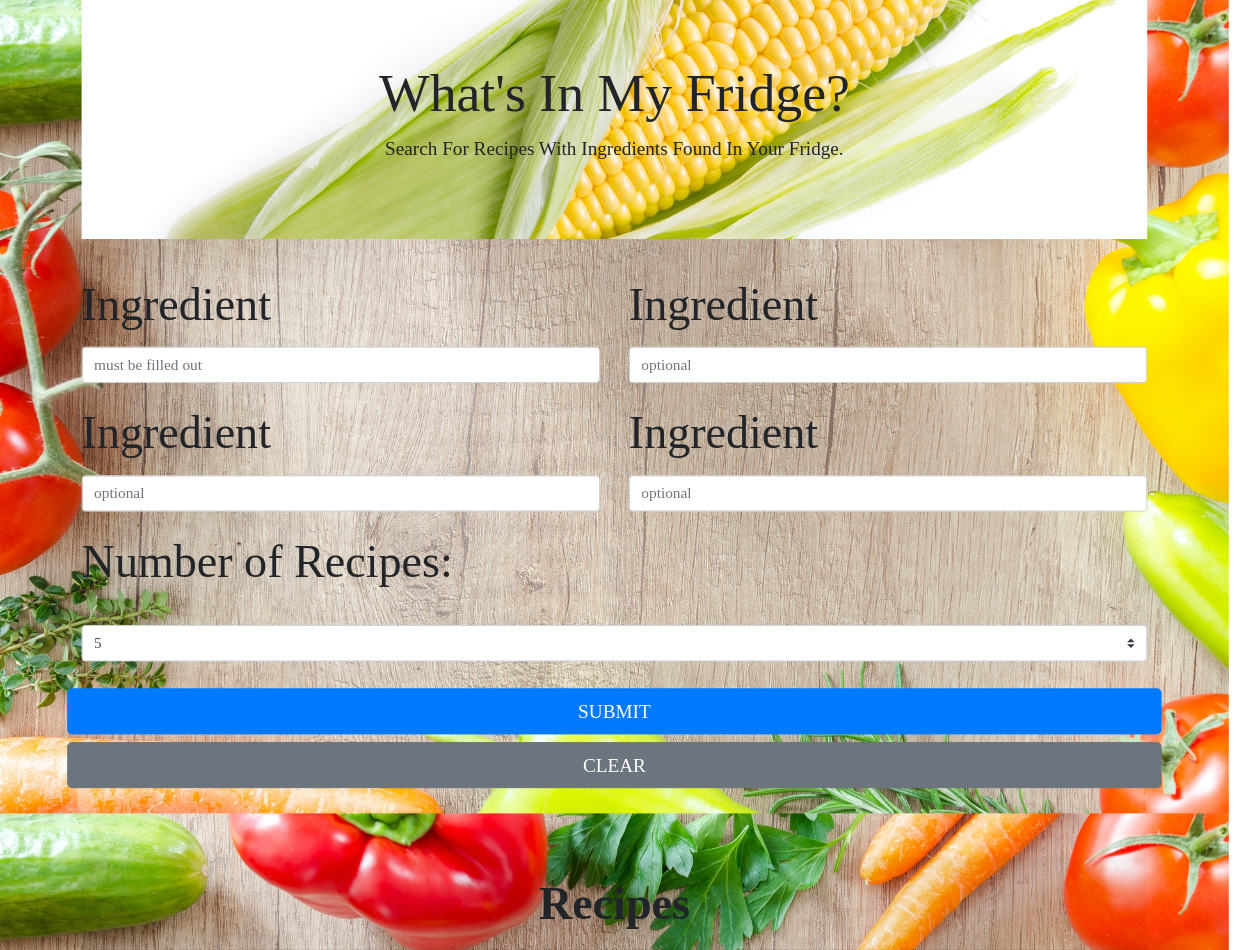
Repository: ogipajic/Recipe_API
Page: index.html
These files come from the project's save history. The page is drawn as it stood at one moment and after the next save; the edit follows.
The browser window is 1280 px wide. The page is 1280 px wide, then 1295 px, so the pictures cover 1295 px, including what lies to the right of the window. The pictures show the whole page, at 96% of full size.
Backgrounds fixed to the window are drawn as part of the page. Some web fonts or font styles are not loaded; a fallback is used.

Above is the page before, as saved 2020-07-07 17:52:54.
Console error: SyntaxError: Unexpected end of input

### index.html
<!DOCTYPE html>
<html lang="en">
<head>
    <meta charset="UTF-8">
    <meta name="viewport" content="width=device-width, initial-scale=1.0">
    <script
  src="https://code.jquery.com/jquery-3.5.1.min.js"
  integrity="sha256-9/aliU8dGd2tb6OSsuzixeV4y/faTqgFtohetphbbj0="
  crossorigin="anonymous"></script>

  <link rel="stylesheet" href="https://stackpath.bootstrapcdn.com/bootstrap/4.5.0/css/bootstrap.min.css" integrity="sha384-9aIt2nRpC12Uk9gS9baDl411NQApFmC26EwAOH8WgZl5MYYxFfc+NcPb1dKGj7Sk" crossorigin="anonymous">
  <link rel="stylesheet" href="stylesheet.css">
  <link href="https://fonts.googleapis.com/css2?family=Annie+Use+Your+Telescope&family=Lemon&display=swap" rel="stylesheet">

  <title>What's In My Fridge?</title>

  <!-- Fixes issue of text extending past card length-->

  <style>
      .card-body a {
          word-break: break-all;
      }

      .recipeHeadLine {
          line-height: 1.5;
      }
  </style>
</head>
<body>
    <div class="container">
        <div class="jumbotron jumbotron-fluid">
            <div class="img"></div>
            <div class="container">
              <h1 class="display-4">What's In My Fridge?</h1>
              <p class="lead">Search For Recipes With Ingredients Found In Your Fridge.</p>
            </div>
          </div>

     <form>
          <div class="row">
              <div class="col-sm-6">
        <div class="form-group">
          <label for="exampleFormControlInput1">Ingredient</label>
          <input type="email" class="form-control" id="exampleFormControlInput1" placeholder="must be filled out">
        </div>
              </div>
              <div class="col-sm-6">
        <div class="form-group">
            <label for="exampleFormControlInput1">Ingredient</label>
            <input type="email" class="form-control" id="exampleFormControlInput1" placeholder="optional">
          </div>
          </div>
        </div>
        <div class="row">
            <div class="col-sm-6">
          <div class="form-group">
            <label for="exampleFormControlInput1">Ingredient</label>
            <input type="email" class="form-control" id="exampleFormControlInput1" placeholder="optional">
          </div>
        </div>
        <div class="col-sm-6">
          <div class="form-group">
            <label for="exampleFormControlInput1">Ingredient</label>
            <input type="email" class="form-control" id="exampleFormControlInput1" placeholder="optional">
          </div>
          </div>
          </div>
        </div>
      </form>


    <div class="container">
        <div class="form-group">
            <label for="pwd">Number of Recipes:</label>
            <select id="article-count" class="custom-select" aria-labelledby="dropdownMenuButton">
              <option selected value="1">1</option>
              <!-- Setting the option for 5 as default -->
              <option value="5" selected>5</option>
              <option value="10">10</option>
            </select>
          </div>

        <div class="row">
            <!--Using type="submit" allows the user to hit enter as well as click submit-->
            <button type="submit" class="btn btn-primary btn-lg btn-block">SUBMIT</button>
            <button type="button" class="btn btn-secondary btn-lg btn-block">CLEAR</button>
            </div>
        </div>
    </div>

<div class="container">
    <div class="row">
        <div class="col-sm-12">
          <br>
            <div class="card-header">
              <strong>
                <i class="fa fa-table"></i>Recipes</strong>
            </div>
        </div>

 <script src="script.js"></script>
 <script src="https://code.jquery.com/jquery-3.5.1.slim.min.js" integrity="sha384-DfXdz2htPH0lsSSs5nCTpuj/zy4C+OGpamoFVy38MVBnE+IbbVYUew+OrCXaRkfj" crossorigin="anonymous"></script>
 <script src="https://cdn.jsdelivr.net/npm/popper.js@1.16.0/dist/umd/popper.min.js" integrity="sha384-Q6E9RHvbIyZFJoft+2mJbHaEWldlvI9IOYy5n3zV9zzTtmI3UksdQRVvoxMfooAo" crossorigin="anonymous"></script>
 <script src="https://stackpath.bootstrapcdn.com/bootstrap/4.5.0/js/bootstrap.min.js" integrity="sha384-OgVRvuATP1z7JjHLkuOU7Xw704+h835Lr+6QL9UvYjZE3Ipu6Tp75j7Bh/kR0JKI" crossorigin="anonymous"></script>
</body>
</html>

### stylesheet.css
/* Body font style and font size */
body {
    font-size: 3rem;
    font-family: 'Annie Use Your Telescope', cursive;
    background-image: url(Assets/carrots-food-fresh-freshness-616404.jpg);
    background-position: center center;
    background-repeat: no-repeat;
    background-attachment: fixed;
    background-size: cover;
}

/* Font and image within jumbotron */
.jumbotron {
    text-align: center;
    font-family: 'Annie Use Your Telescope', cursive;
    background: url(Assets/agriculture-bright-cereal-close-up-547263.jpg);
    background-position: center center;
    background-size: cover;
}

/* Search Results Text */
.panel-heading {
    margin-top: 2rem;
    text-align: center;
}

/* Results Area -XXXX */
.panel-body {
    text-align: center;
}

.card-header {
    text-align: center;
}

.label {
    text-align: center;
}

  @media screen and (max-width: 768px) {
    .jumbotron {
      padding-top:20px;
      padding-bottom:20px;
    }
  }

### script.js
$(document).ready (function() {
});

$('button').on('click', function () {
    var ingredient = $(this).attr("ingredient");
    var queryURL = "https://tasty.p.rapidapi.com/recipes/detail/search?q=" +
        ingredient + "&api_key=ac032b7765msh7b7ea8d251892bbp18630ejsnfccfef5696ae";
$.ajax({
    url: queryURL,
    method: "GET"
}).then(function (response) {

})

// javascript/jQuery snippet of the code below
var settings = {
	"async": true,
	"crossDomain": true,
	"url": "https://tasty.p.rapidapi.com/recipes/detail?id=5586",
	"method": "GET",
	"headers": {
		"x-rapidapi-host": "tasty.p.rapidapi.com",
		"x-rapidapi-key": "ac032b7765msh7b7ea8d251892bbp18630ejsnfccfef5696ae"
	}
}

$.ajax(settings).done(function (response) {
	console.log(response);
});


 // node.js code snippet
    var unirest = require("unirest");

var req = unirest("GET", "https://tasty.p.rapidapi.com/recipes/detail");

req.query({
	"id": "5586"
});

req.headers({
	"x-rapidapi-host": "tasty.p.rapidapi.com",
	"x-rapidapi-key": "ac032b7765msh7b7ea8d251892bbp18630ejsnfccfef5696ae",
	"useQueryString": true
});


req.end(function (res) {
	if (res.error) throw new Error(res.error);

	console.log(res.body);
});

After the next save:
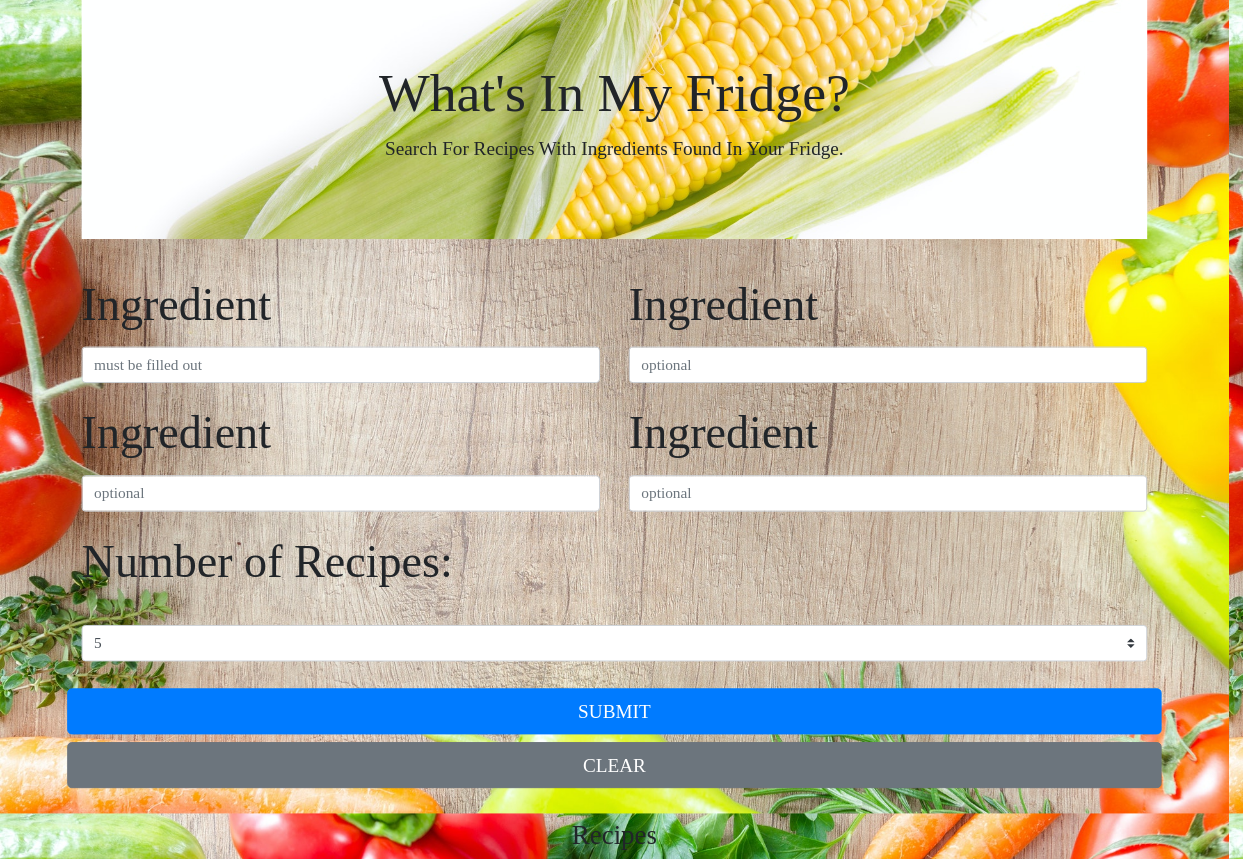
Saved 12 min 20 s later.
--- a/index.html
+++ b/index.html
@@ -88,15 +88,25 @@
         </div>
     </div>
 
-<div class="container">
     <div class="row">
-        <div class="col-sm-12">
-          <br>
-            <div class="card-header">
-              <strong>
-                <i class="fa fa-table"></i>Recipes</strong>
+        <div class="col-lg-12">
+            <div class="panel panel-default">
+                <div class="panel-heading">
+                    <h3 class="panel-title">Recipes</h3>
+                </div>
+                <div class="panel-body">
+                    <div class="well">
+
+                    </div>
+                </div>
             </div>
         </div>
+
+
+
+
+
+
 
  <script src="script.js"></script>
  <script src="https://code.jquery.com/jquery-3.5.1.slim.min.js" integrity="sha384-DfXdz2htPH0lsSSs5nCTpuj/zy4C+OGpamoFVy38MVBnE+IbbVYUew+OrCXaRkfj" crossorigin="anonymous"></script>
